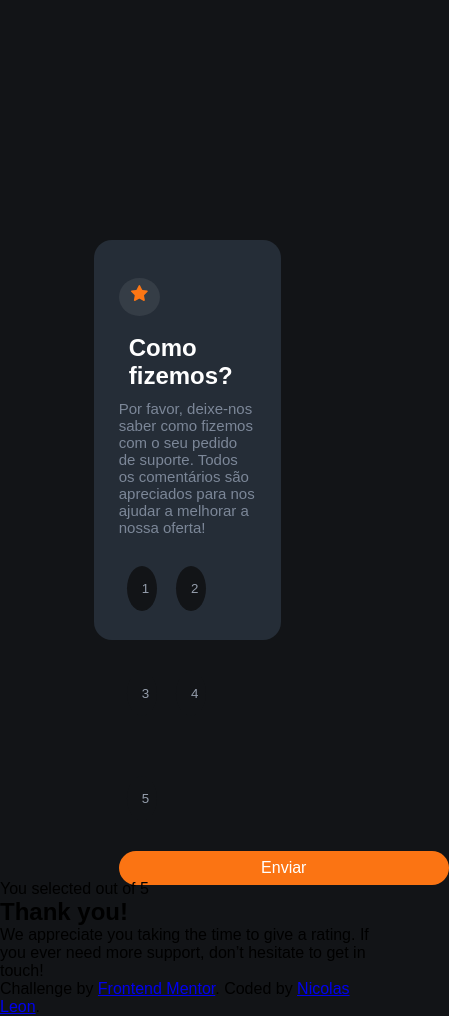
Repository: Leonngc/projeto-avaliacao
Page: index.html
An editor plug-in stored every save of this project. The page is shown before and after the next save, followed by the edit.
The browser window is 375 px wide. The page is 449 px wide, so the pictures cover 449 px, including what lies to the right of the window. The pictures show the whole page.

Above is the page before, as saved 2023-01-26 11:58:31.

### index.html
<!DOCTYPE html>
<html lang="en">
<head>
  <meta charset="UTF-8">
  <meta name="viewport" content="width=device-width, initial-scale=1.0"> <!-- displays site properly based on user's device -->

  <link rel="icon" type="image/png" sizes="32x32" href="./images/favicon-32x32.png">

  <title>Frontend Mentor | Interactive rating component</title>

  <link rel="stylesheet" href="styles/style.css">
</head>
<body>

  <!-- Rating state start -->
<form id="avaliation-form">

  <span id="icon-star">
    <img src="images/icon-star.svg" alt="">
  </span>

    <h1>Como fizemos?</h1>

    <p>
      Por favor, deixe-nos saber como fizemos com o seu pedido de suporte. Todos os comentários são apreciados
      para nos ajudar a melhorar a nossa oferta!
    </p>

    <div id="avaliation-btns">
      <input type="button" value="1" class="avaliation">
      <input type="button" value="2" class="avaliation">
      <input type="button" value="3"  class="avaliation">
      <input type="button" value="4"  class="avaliation">
      <input type="button" value="5"  class="avaliation">
    </div>

    <input type="submit" onclick="sent()" value="Enviar" id="submit"></input>
</form>

  <!-- Rating state end -->

  <!-- Thank you state start -->

  <section id="result-avaliation">
    <p id="avaliacao-user">You selected <!-- Add rating here --> out of 5</p>
    <h1>Thank you!</h1>
    <p>
      We appreciate you taking the time to give a rating. If you ever need more support,
      don’t hesitate to get in touch!
    </p>
  </section>

  <!-- Thank you state end -->


  <div class="attribution">
    Challenge by <a href="https://www.frontendmentor.io?ref=challenge" target="_blank">Frontend Mentor</a>.
    Coded by <a href="#">Nicolas Leon</a>.
  </div>
</body>
</html>

### styles/style.css

:root{
    --very-dark-blue:hsl(216, 12%, 8%);
    --dark-blue:hsl(213, 19%, 18%);
    --medium-grey: hsl(216, 12%, 54%);
    --light-grey:hsl(217, 12%, 63%);
}

*{
    margin: 0;
    padding: 0;
    box-sizing: border-box;
}

body{
    background-color:var(--very-dark-blue);
    font-family: sans-serif;
}
span{
    background-color: rgba(255, 255, 255, 0.074);
    padding: 12px;
    border-radius: 50%;
    text-align: center;
}

span > img{
    margin-top: 20px;
}

#avaliation-form{
    max-width: 900px;
    background-color:var(--dark-blue);
    width: 25vw;
    height: 55vh;
    padding: 25px;
    margin: 30vh auto;
    color: white;
    border-radius: 18px;
}

#avaliation-form > h1{
    padding: 10px;
    margin-top: 20px;
}

#avaliation-form > p{
    color:var(--medium-grey);
    font-size: 15px;
}

.avaliation{
    margin: 30px 8px;
    border-radius: 66%;
    padding: 15px;
    border: none;
    background-color: var(--very-dark-blue);
    color: var(--light-grey);
    width: 3vw;
    cursor: pointer;
}

#avaliation-btns input:hover{
    background-color: hsl(25, 97%, 53%);
    color:white;
}
#avaliation-btns input:active{
    background-color: var(--light-grey);
}

#submit{
    width: 330px;
    margin: auto;
    padding: 8px;
    border-radius: 20px;
    border-style: none;
    color: white;
    background-color: hsl(25, 97%, 53%);
    cursor: pointer;
    font-size: 16px;
}

#submit:hover{
    background-color: white;
    color: hsl(25, 97%, 53%);
}

@media screen and (max-width:600px){
    #avaliation-form{
        width: 50vw;
        height: 50vh;
        font-size: 12px;
    }
}

After the next save:
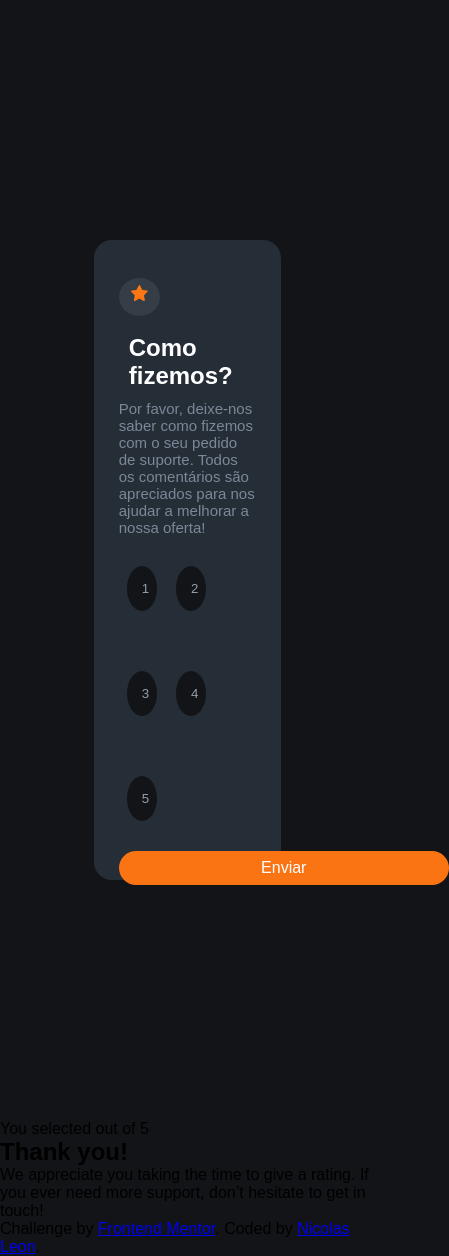
Saved 7 s later.
--- a/styles/style.css
+++ b/styles/style.css
@@ -87,7 +87,7 @@ span > img{
 @media screen and (max-width:600px){
     #avaliation-form{
         width: 50vw;
-        height: 50vh;
+        height: 80vh;
         font-size: 12px;
     }
 }
